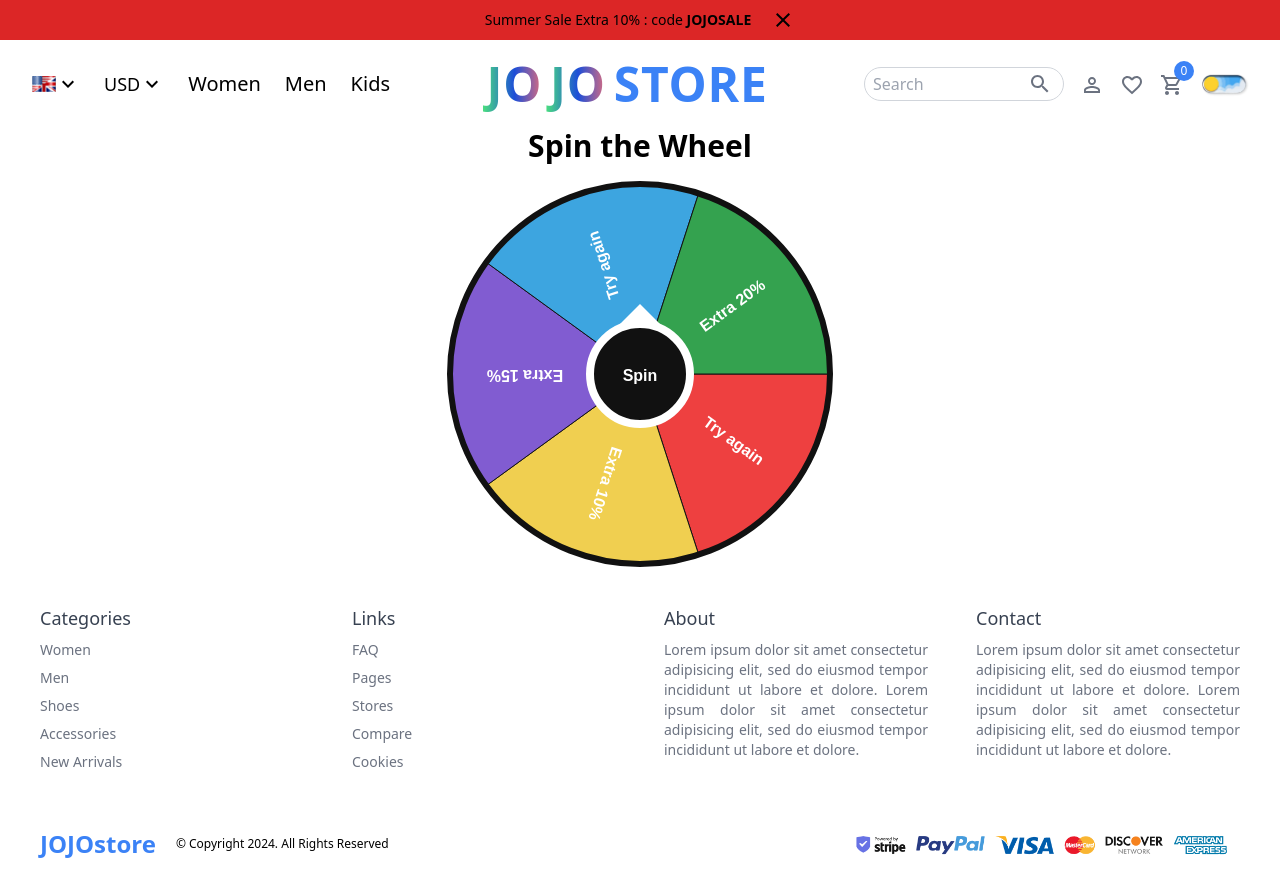
Repository: AiTrinh303/JOJO-STORE
Page: /spinwheelgame
The author's editor kept a copy of each file at every save. The page is drawn from the files as they stood at one save, then again after a run of saves.
The browser window is 1280 px wide. The pictures show the whole page.
The project was rebuilt for these pictures with package versions that can differ from the ones it lists, and the page was loaded fresh each time. Also part of the build but not shown: vite.config.js, src/components/Cart.jsx, src/components/Form.jsx, src/components/Slider/Slide1.jsx, src/components/Slider/Slide2.jsx, src/components/Slider/Slide3.jsx, src/components/Slider/Slider.scss, src/components/Slider/Slider.jsx and 23 more.

Above is the page before, as saved 2024-06-14 07:55:52.

After the next 2 saves:
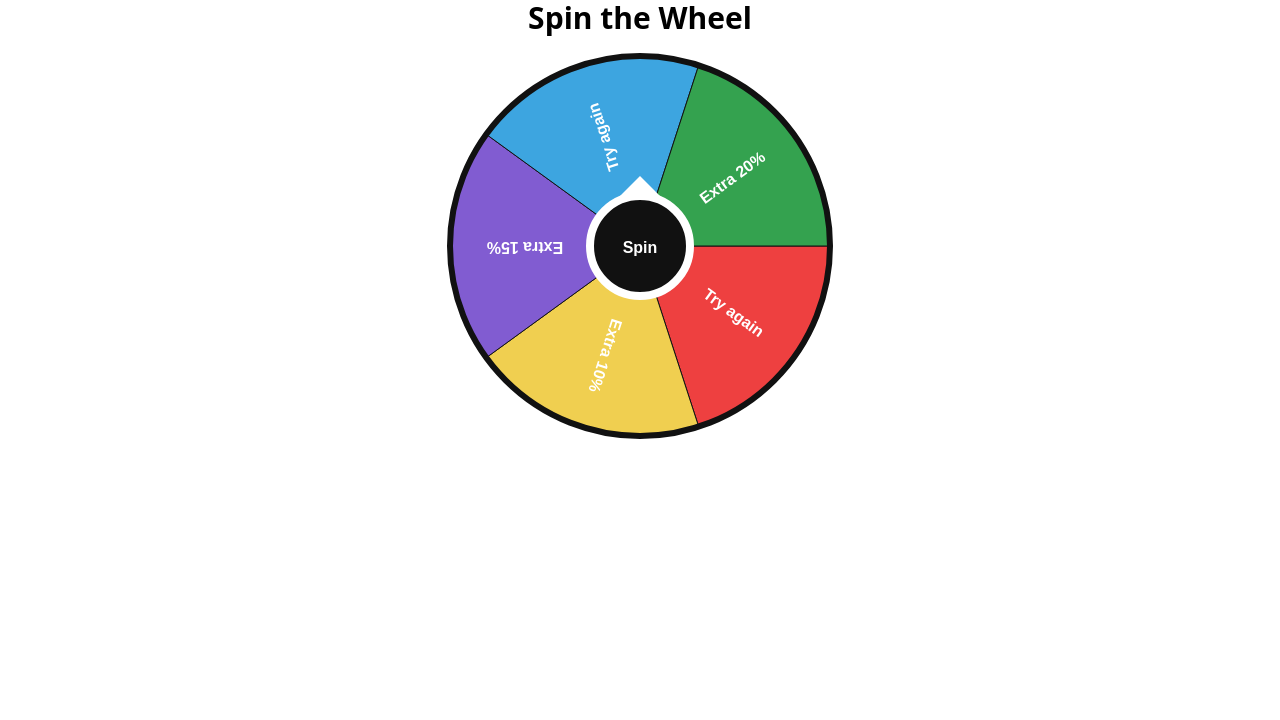
The 2 saves are shown as one change because 1 did not build or start.
The last was saved 2 min 7 s later.
--- a/src/App.jsx
+++ b/src/App.jsx
@@ -58,10 +58,10 @@ const router = createBrowserRouter([
       { path: "/login", element: <Login /> },
       { path: "/register", element: <Register />},
       { path: "/profile", element: <Profile />},
-      { path: "/spinwheelgame", element: <SpinWheelGame/>},
       // { path: "/dashboard", element: <PrivateRoute element={<Dashboard />} /> },
     ],
   },
+  { path: "/spinwheelgame", element: <SpinWheelGame/>},
 ]);
 
 function App() {
